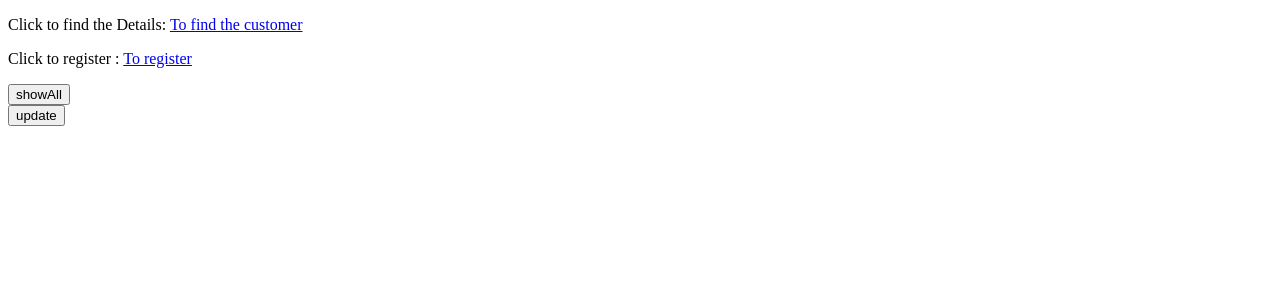
Repository: IshaMhashete/workspace2
Page: Hiber_Web/src/main/webapp/Option.html
These files come from the project's save history. The page is drawn as it stood at one moment and after the next save; the edit follows.
The browser window is 1280 px wide. The pictures show the whole page.

Above is the page before, as saved 2019-12-07 12:35:15.

### Hiber_Web/src/main/webapp/Option.html
<!DOCTYPE html>
<html>
<body>



<form action="mapping">
<p>Click to find the Details: <a href="Find_Customer.html">To find the customer</a></p>
<p>Click to register : <a href="Hi.html">To register</a></p>
<input type="submit" value="showAll">

</form>
<form action="hi"><input type="submit" value="update"></form>

</body>
</html>

After the next save:
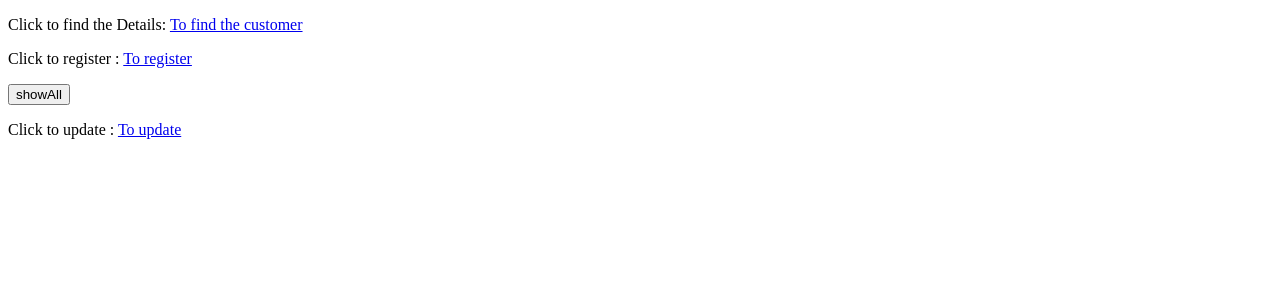
Saved 6 min 8 s later.
--- a/Hiber_Web/src/main/webapp/Option.html
+++ b/Hiber_Web/src/main/webapp/Option.html
@@ -8,9 +8,10 @@
 <p>Click to find the Details: <a href="Find_Customer.html">To find the customer</a></p>
 <p>Click to register : <a href="Hi.html">To register</a></p>
 <input type="submit" value="showAll">
+<p>Click to update : <a href="update.html">To update</a></p>
 
 </form>
-<form action="hi"><input type="submit" value="update"></form>
+
 
 </body>
 </html>
